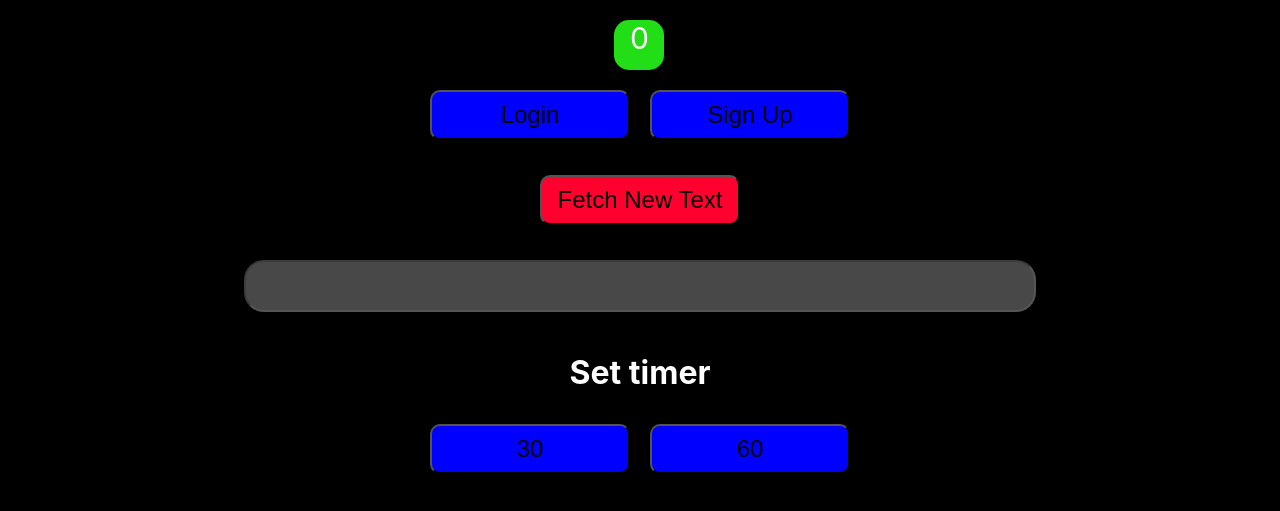
Repository: abhaysharma20233009/swiftKey
Page: / (app in frontend/my-app/)
These files come from the project's save history. The page is drawn as it stood at one moment and after the next save; the edit follows.
The browser window is 1280 px wide. The pictures show the whole page.
The page's requests for data from a server got no answer. The project was rebuilt for these pictures with package versions that can differ from the ones it lists, and the page was loaded fresh each time. No one was signed in, and anything a server would have sent is missing. Also part of the build but not shown: frontend/my-app/src/Results.js, frontend/my-app/src/Login.js, frontend/my-app/src/Signup.js.

Above is the page before, as saved 2024-10-10 21:56:36.

After the next save:
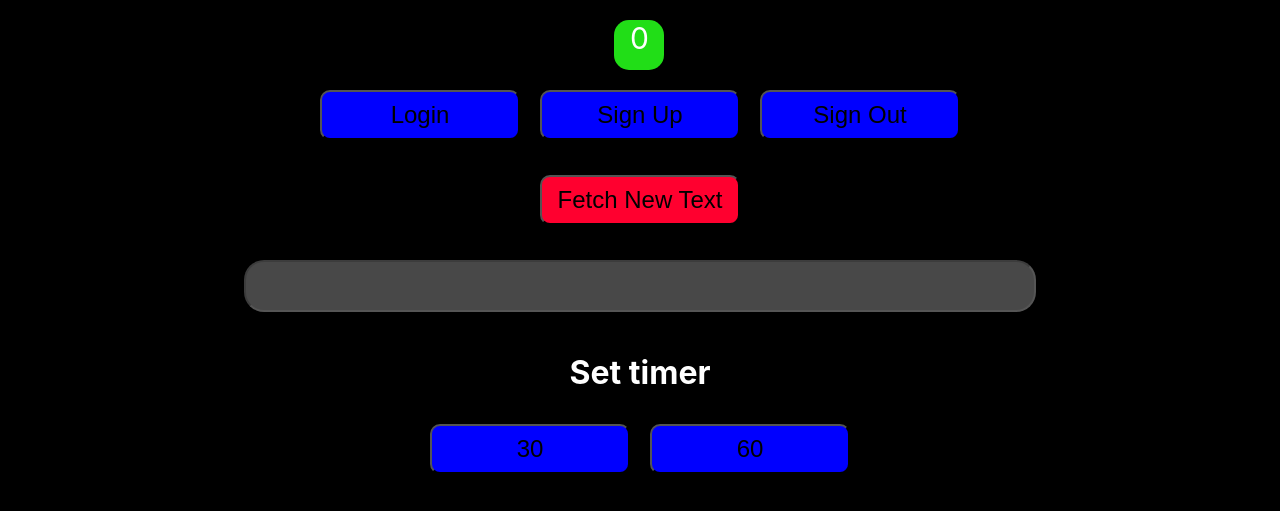
Saved 7 min 31 s later.
--- a/frontend/my-app/src/Swifts.js
+++ b/frontend/my-app/src/Swifts.js
@@ -31,7 +31,33 @@ function Swifts() {
             console.error('Error fetching messages:', error);
         }
     };
+    const signout=async(req,res)=>{
+        try{
+        const response = await fetch('http://localhost:7000/signup', {
+            method: 'DELETE',
+            headers: {
+                'Content-Type': 'application/json',
+            },
+            body: JSON.stringify({ userName: username, email}),
+        });
 
+        if (!response.ok) {
+            const errorData = await response.json();
+            alert(errorData.message || errorData.error);
+            return;
+        }
+        // Reset fields
+        setUsername('');
+        setPassword('');
+
+        // Navigate to Swifts with username
+
+        await fetchUser();
+
+    } catch (error) {
+        console.error('Error login:', error);
+    }
+    }
     useEffect(() => {
         fetchMessages();
     }, []);
@@ -89,6 +115,7 @@ function Swifts() {
             {username && <h2>Welcome, {username}!</h2>}
             <button className="log" onClick={() => navigate('/login')}>Login</button>
             <button className="log" onClick={() => navigate('/signup')}>Sign Up</button>
+            <button className="log" onClick={signout}>Sign Out</button>
             <br />
             <button className="logs" onClick={fetchMessages}>Fetch New Text</button>
             <br />
